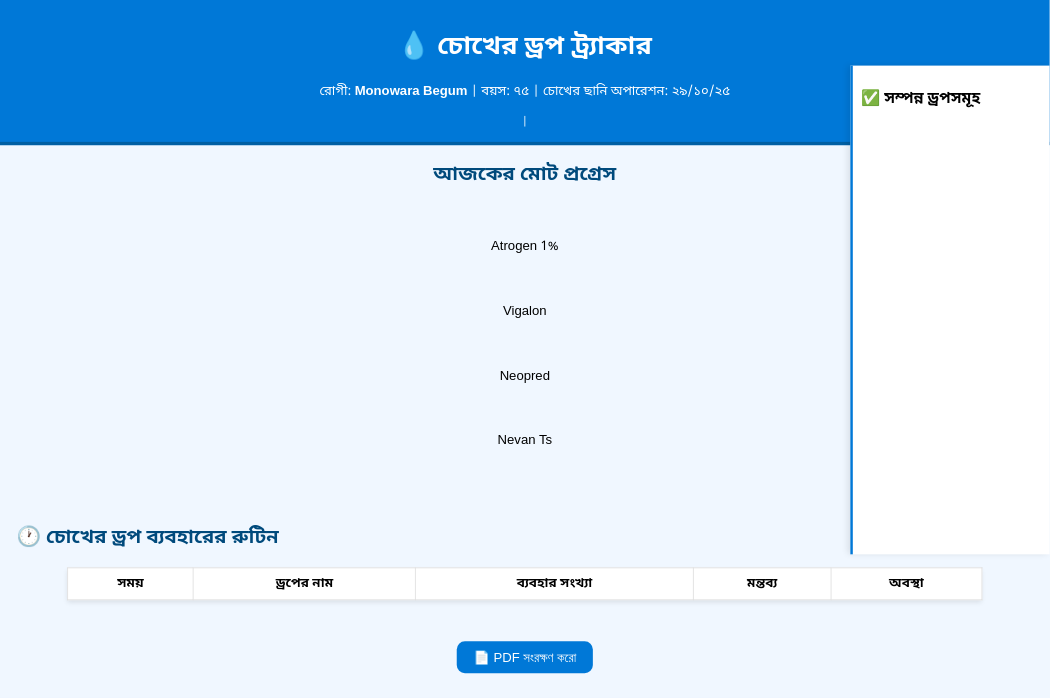
Repository: naimuddin1190/EyeDrop-Tracker
Page: index.html
These files come from the project's save history. The page is drawn as it stood at one moment and after a run of saves; the edit follows.
The browser window is 1280 px wide. The pictures show the whole page, at 82% of full size.

Above is the page before, as saved 2025-10-31 10:14:55.
Console error: TypeError: Cannot read properties of null (reading 'addEventListener')

### index.html
<!DOCTYPE html>
<html lang="bn">
<head>
  <meta charset="UTF-8">
  <meta name="viewport" content="width=device-width, initial-scale=1.0">
  <title>চোখের ড্রপ ট্র্যাকার - Monowara Begum</title>
  <link rel="stylesheet" href="styles.css">
</head>
<body>
  <header>
    <h1>💧 চোখের ড্রপ ট্র্যাকার</h1>
    <p>রোগী: <strong>Monowara Begum</strong> | বয়স: ৭৫ | চোখের ছানি অপারেশন: ২৯/১০/২৫</p>
    <div class="datetime">
      <span id="current-date"></span> |
      <span id="current-time"></span>
    </div>
  </header>

  <section class="progress-section">
    <h2>আজকের মোট প্রগ্রেস</h2>
    <div class="progress-container">
      <div class="progress-bar" id="totalProgress"><span>0%</span></div>
    </div>

    <div class="drop-progress">
      <p>Atrogen 1%</p>
      <div class="progress-bar atrogen" id="atrogenProgress"><span>০ ফোঁটা</span></div>

      <p>Vigalon</p>
      <div class="progress-bar vigalon" id="vigalonProgress"><span>০ ফোঁটা</span></div>

      <p>Neopred</p>
      <div class="progress-bar neopred" id="neopredProgress"><span>০ ফোঁটা</span></div>

      <p>Nevan Ts</p>
      <div class="progress-bar nevan" id="nevanProgress"><span>০ ফোঁটা</span></div>
    </div>
  </section>

  <section class="table-section">
    <h2>🕐 চোখের ড্রপ ব্যবহারের রুটিন</h2>
    <table id="dropTable">
      <thead>
        <tr>
          <th>সময়</th>
          <th>ড্রপের নাম</th>
          <th>ব্যবহার সংখ্যা</th>
          <th>মন্তব্য</th>
          <th>অবস্থা</th>
        </tr>
      </thead>
      <tbody></tbody>
    </table>
  </section>

  <aside id="sidebar">
    <h3>✅ সম্পন্ন ড্রপসমূহ</h3>
    <ul id="completedList"></ul>
  </aside>

  <button id="downloadPDF">📄 PDF সংরক্ষণ করো</button>

  <script src="script.js"></script>
</body>
</html>

### styles.css
body {
  font-family: 'Noto Sans Bengali', sans-serif;
  background: #f0f7ff;
  margin: 0;
  padding: 0;
}

header {
  background: #0078d7;
  color: white;
  text-align: center;
  padding: 15px 10px;
  border-bottom: 4px solid #005fa3;
}

.datetime {
  margin-top: 8px;
  font-size: 14px;
}

h2 {
  color: #004a7c;
}

.progress-section {
  text-align: center;
  margin-top: 20px;
}

.progress-container, .drop-progress {
  width: 80%;
  margin: 10px auto;
}

.progress-bar {
  position: relative;
  background: #e0e0e0;
  border-radius: 20px;
  height: 25px;
  margin-bottom: 10px;
  overflow: hidden;
}

.progress-bar span {
  position: absolute;
  width: 100%;
  text-align: center;
  top: 0;
  line-height: 25px;
  color: white;
  font-weight: bold;
}

#totalProgress { background: linear-gradient(90deg, #ff7e5f, #feb47b); width: 0%; }

.atrogen { background: linear-gradient(90deg, #009688, #4db6ac); width: 0%; }
.vigalon { background: linear-gradient(90deg, #f57c00, #ffb74d); width: 0%; }
.neopred { background: linear-gradient(90deg, #6a1b9a, #ba68c8); width: 0%; }
.nevan { background: linear-gradient(90deg, #1976d2, #64b5f6); width: 0%; }

.table-section {
  padding: 20px;
}

table {
  width: 90%;
  margin: 0 auto;
  border-collapse: collapse;
  background: white;
  box-shadow: 0px 3px 6px rgba(0,0,0,0.1);
}

th, td {
  border: 1px solid #ddd;
  padding: 8px;
  text-align: center;
}

tr:nth-child(even) { background-color: #f9f9f9; }

#sidebar {
  position: fixed;
  right: 0;
  top: 80px;
  background: #ffffff;
  width: 220px;
  height: 80%;
  border-left: 3px solid #0078d7;
  padding: 10px;
  overflow-y: auto;
  box-shadow: -3px 0px 8px rgba(0,0,0,0.1);
}

#downloadPDF {
  display: block;
  margin: 30px auto;
  background: #0078d7;
  color: white;
  border: none;
  padding: 10px 20px;
  border-radius: 10px;
  cursor: pointer;
  font-size: 16px;
}

#downloadPDF:hover {
  background: #005fa3;
}

### script.js
const drops = [
  { name: "Atrogen 1%", times: ["8:00", "14:00", "20:00"] },
  { name: "Vigalon", times: ["8:30", "11:30", "14:30", "17:30", "20:30", "22:00"] },
  { name: "Neopred", times: ["8:00", "9:00", "10:00", "11:00", "12:00", "13:00", "14:00", "15:00", "16:00", "17:00"] },
  { name: "Nevan Ts", times: ["9:00", "15:00", "21:00"] }
];

const table = document.getElementById("schedule");
const resetBtn = document.getElementById("reset");

function loadSchedule() {
  const saved = JSON.parse(localStorage.getItem("eyeDrops")) || {};
  table.innerHTML = "<tr><th>ড্রপের নাম</th><th>সময়</th><th>অবস্থা</th></tr>";

  drops.forEach(drop => {
    drop.times.forEach(time => {
      const key = `${drop.name}-${time}`;
      const done = saved[key];
      const row = document.createElement("tr");
      row.innerHTML = `
        <td>${drop.name}</td>
        <td>${time}</td>
        <td>
          <button class="mark-btn" data-key="${key}">
            ${done ? "✅ নেওয়া হয়েছে" : "⬜ নেওয়া বাকি"}
          </button>
        </td>`;
      table.appendChild(row);
    });
  });

  document.querySelectorAll(".mark-btn").forEach(btn => {
    btn.addEventListener("click", () => toggleDrop(btn.dataset.key));
  });
}

function toggleDrop(key) {
  const saved = JSON.parse(localStorage.getItem("eyeDrops")) || {};
  saved[key] = !saved[key];
  localStorage.setItem("eyeDrops", JSON.stringify(saved));
  loadSchedule();
}

resetBtn.addEventListener("click", () => {
  if (confirm("সব রেকর্ড মুছে ফেলতে চাও?")) {
    localStorage.removeItem("eyeDrops");
    loadSchedule();
  }
});

loadSchedule();

### app.js
/* app.js — বাংলা UI + ৪টি ড্রপের প্রগ্রেস বার */
const scheduleData = [
  ["8:00 AM", "Atrogen 1%", "১ম", "১ ফোঁটা", "atrogen"],
  ["8:05 AM", "Vigalon", "১ম", "১ ফোঁটা", "vigalon"],
  ["8:10 AM", "Neopred", "১ম", "১ ফোঁটা", "neopred"],
  ["8:15 AM", "Nevan Ts", "১ম", "১ ফোঁটা", "nevan"],
  ["9:30 AM", "Neopred", "২য়", "১ ফোঁটা", "neopred"],
  ["9:35 AM", "Vigalon", "২য়", "১ ফোঁটা", "vigalon"],
  ["11:00 AM", "Neopred", "৩য়", "১ ফোঁটা", "neopred"],
  ["11:05 AM", "Vigalon", "৩য়", "১ ফোঁটা", "vigalon"],
  ["12:30 PM", "Atrogen 1%", "২য়", "১ ফোঁটা", "atrogen"],
  ["12:35 PM", "Neopred", "৪র্থ", "১ ফোঁটা", "neopred"],
  ["12:40 PM", "Nevan Ts", "২য়", "১ ফোঁটা", "nevan"],
  ["12:45 PM", "Vigalon", "৪র্থ", "১ ফোঁটা", "vigalon"],
  ["2:30 PM", "Neopred", "৫ম", "১ ফোঁটা", "neopred"],
  ["2:35 PM", "Vigalon", "৫ম", "১ ফোঁটা", "vigalon"],
  ["4:30 PM", "Neopred", "৬ষ্ঠ", "১ ফোঁটা", "neopred"],
  ["4:35 PM", "Vigalon", "৬ষ্ঠ (শেষ)", "১ ফোঁটা", "vigalon"],
  ["6:00 PM", "Atrogen 1%", "৩য় (শেষ)", "১ ফোঁটা", "atrogen"],
  ["6:05 PM", "Neopred", "৭ম", "১ ফোঁটা", "neopred"],
  ["6:10 PM", "Nevan Ts", "৩য় (শেষ)", "১ ফোঁটা", "nevan"],
  ["7:30 PM", "Neopred", "৮ম", "১ ফোঁটা", "neopred"],
  ["8:30 PM", "Neopred", "৯ম", "১ ফোঁটা", "neopred"],
  ["9:30 PM", "Neopred", "১০ম (শেষ)", "১ ফোঁটা", "neopred"]
];

const scheduleBody=document.getElementById('scheduleBody');
const completedList=document.getElementById('completedList');
const progressBar=document.getElementById('progressBar');
const progressText=document.getElementById('progressText');
const liveTime=document.getElementById('liveTime');
const viewDate=document.getElementById('viewDate');
const todayBtn=document.getElementById('todayBtn');
const exportPdf=document.getElementById('exportPdf');
const exportPdfManual=document.getElementById('exportPdfManual');
const clearAll=document.getElementById('clearAll');
const pdfContainer=document.getElementById('pdfContainer');

// নতুন ৪ প্রগ্রেস বারের রেফারেন্স
const progBars={
  atrogen:document.getElementById('prog-atrogen'),
  vigalon:document.getElementById('prog-vigalon'),
  neopred:document.getElementById('prog-neopred'),
  nevan:document.getElementById('prog-nevan')
};

const TOTAL=scheduleData.length;
function isoToday(d=new Date()){return new Date(d.getTime()-d.getTimezoneOffset()*60000).toISOString().slice(0,10);}
viewDate.value=isoToday();

// সময় দেখানো
function updateClock(){
  const n=new Date();
  liveTime.textContent=n.toLocaleDateString('bn-BD',{month:'short',day:'numeric'})+' • '+n.toLocaleTimeString([], {hour:'2-digit',minute:'2-digit',second:'2-digit'});
}
setInterval(updateClock,1000);updateClock();

// Storage
function keyFor(d){return 'eyedrop_'+d;}
function loadDay(d){
  const raw=localStorage.getItem(keyFor(d));
  if(!raw){
    const obj=scheduleData.map((r,i)=>({idx:i,time:r[0],med:r[1],count:r[2],note:r[3],tag:r[4],taken:false}));
    localStorage.setItem(keyFor(d),JSON.stringify(obj));return obj;
  }
  return JSON.parse(raw);
}
function saveDay(d,arr){localStorage.setItem(keyFor(d),JSON.stringify(arr));}

// Render
function render(){
  const dateStr=viewDate.value;
  const day=loadDay(dateStr);
  scheduleBody.innerHTML='';completedList.innerHTML='';
  day.forEach(it=>{
    const tr=document.createElement('tr');
    const medBadge=`<span class="med-badge med-${it.tag}">${it.med.split(' ')[0]}</span>`;
    tr.innerHTML=`<td>${it.time}</td><td>${medBadge}</td><td>${it.count}</td><td>${it.note}</td>
      <td><button class="mark-btn ${it.taken?'done':''}" data-idx="${it.idx}">${it.taken?'✅ সম্পন্ন':'⬜ অপেক্ষমাণ'}</button></td>`;
    scheduleBody.appendChild(tr);
    if(it.taken){
      const li=document.createElement('li');
      li.textContent=`${it.time} — ${it.med} (${it.count})`;
      completedList.appendChild(li);
    }
  });
  document.querySelectorAll('.mark-btn').forEach(btn=>{
    btn.onclick=()=>{toggleTaken(dateStr,parseInt(btn.dataset.idx));};
  });
  updateProgressUI(day);
}

// Toggle
function toggleTaken(d,idx){
  const day=loadDay(d);
  const item=day.find(i=>i.idx===idx);
  item.taken=!item.taken;
  saveDay(d,day);
  render();
}

// Progress Update
function updateProgressUI(day){
  const done=day.filter(d=>d.taken).length;
  const percent=Math.round((done/TOTAL)*100);
  progressBar.style.width=percent+'%';
  progressText.textContent=`আজকের অগ্রগতি: ${percent}%`;

  // আলাদা ৪ প্রগ্রেস বারের জন্য
  const tags=['atrogen','vigalon','neopred','nevan'];
  tags.forEach(tag=>{
    const total=day.filter(d=>d.tag===tag).length;
    const done=day.filter(d=>d.tag===tag && d.taken).length;
    const p=Math.round((done/total)*100);
    progBars[tag].style.width=p+'%';
  });
}

// Buttons
todayBtn.onclick=()=>{viewDate.value=isoToday();render();};
viewDate.onchange=()=>render();
clearAll.onclick=()=>{if(confirm("সব ডাটা মুছে ফেলতে চাও?")){Object.keys(localStorage).forEach(k=>{if(k.startsWith('eyedrop_'))localStorage.removeItem(k)});render();}}
render();

After the next 2 saves:
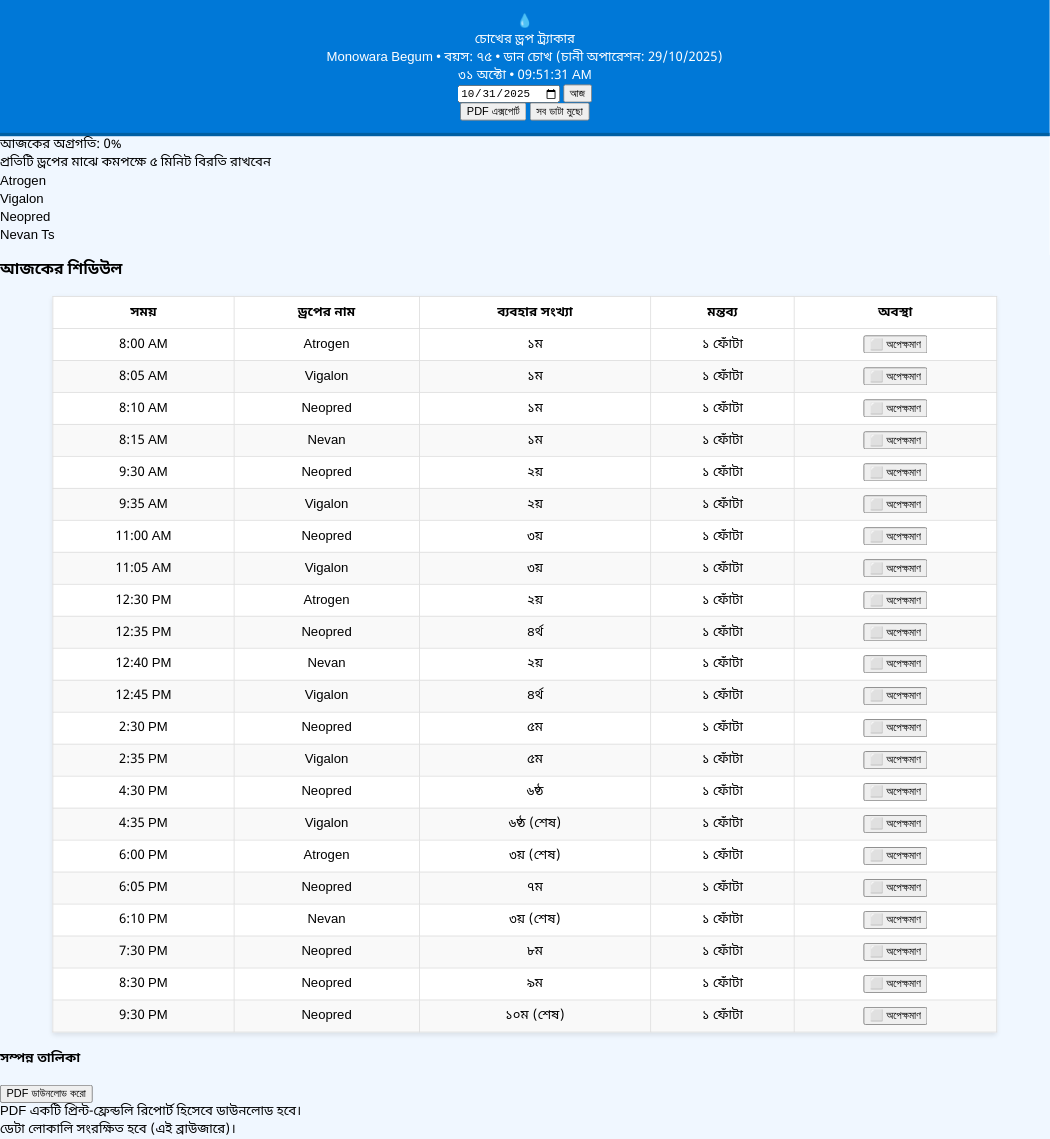
The error is gone.
The 2 saves are shown as one change because they came seconds apart.
The last was saved 20 s later.
--- a/index.html
+++ b/index.html
@@ -1,65 +1,109 @@
-<!DOCTYPE html>
+<!doctype html>
 <html lang="bn">
 <head>
-  <meta charset="UTF-8">
-  <meta name="viewport" content="width=device-width, initial-scale=1.0">
-  <title>চোখের ড্রপ ট্র্যাকার - Monowara Begum</title>
+  <meta charset="utf-8" />
+  <meta name="viewport" content="width=device-width,initial-scale=1" />
+  <title>চোখের ড্রপ ট্র্যাকার — Monowara Begum</title>
+
+  <!-- Fonts -->
+  <link href="https://fonts.googleapis.com/css2?family=Inter:wght@400;600;700&family=Noto+Sans+Bengali:wght@400;600&display=swap" rel="stylesheet">
+
+  <!-- Styles -->
   <link rel="stylesheet" href="styles.css">
+
+  <!-- html2pdf -->
+  <script src="https://unpkg.com/html2pdf.js@0.9.3/dist/html2pdf.bundle.min.js"></script>
 </head>
 <body>
-  <header>
-    <h1>💧 চোখের ড্রপ ট্র্যাকার</h1>
-    <p>রোগী: <strong>Monowara Begum</strong> | বয়স: ৭৫ | চোখের ছানি অপারেশন: ২৯/১০/২৫</p>
-    <div class="datetime">
-      <span id="current-date"></span> |
-      <span id="current-time"></span>
-    </div>
-  </header>
+  <div class="app">
+    <header class="topbar">
+      <div class="brand">
+        <div class="logo">💧</div>
+        <div>
+          <div class="title">চোখের ড্রপ ট্র্যাকার</div>
+          <div class="subtitle">Monowara Begum • বয়স: ৭৫ • ডান চোখ (চানী অপারেশন: 29/10/2025)</div>
+        </div>
+      </div>
 
-  <section class="progress-section">
-    <h2>আজকের মোট প্রগ্রেস</h2>
-    <div class="progress-container">
-      <div class="progress-bar" id="totalProgress"><span>0%</span></div>
-    </div>
+      <div class="top-center">
+        <div class="live-time" id="liveTime">—:—</div>
+        <div class="date-controls">
+          <input type="date" id="viewDate">
+          <button id="todayBtn" class="btn ghost">আজ</button>
+        </div>
+      </div>
 
-    <div class="drop-progress">
-      <p>Atrogen 1%</p>
-      <div class="progress-bar atrogen" id="atrogenProgress"><span>০ ফোঁটা</span></div>
+      <div class="top-right">
+        <button id="exportPdf" class="btn">PDF এক্সপোর্ট</button>
+        <button id="clearAll" class="btn danger">সব ডাটা মুছো</button>
+      </div>
+    </header>
 
-      <p>Vigalon</p>
-      <div class="progress-bar vigalon" id="vigalonProgress"><span>০ ফোঁটা</span></div>
+    <!-- Overall progress -->
+    <section class="progress-wrap">
+      <div class="progress-info">
+        <div id="progressText">আজকের অগ্রগতি: 0%</div>
+        <div class="small-note">প্রতিটি ড্রপের মাঝে কমপক্ষে ৫ মিনিট বিরতি রাখবেন</div>
+      </div>
+      <div class="progress-bar-bg">
+        <div id="progressBar" class="progress-bar-fill"></div>
+      </div>
+    </section>
 
-      <p>Neopred</p>
-      <div class="progress-bar neopred" id="neopredProgress"><span>০ ফোঁটা</span></div>
+    <!-- 4 individual medicine progress -->
+    <section class="progress-multi">
+      <div class="med-progress">
+        <span class="med-badge med-atrogen">Atrogen</span>
+        <div class="progress-bar-bg small"><div id="prog-atrogen" class="progress-bar-fill"></div></div>
+      </div>
+      <div class="med-progress">
+        <span class="med-badge med-vigalon">Vigalon</span>
+        <div class="progress-bar-bg small"><div id="prog-vigalon" class="progress-bar-fill"></div></div>
+      </div>
+      <div class="med-progress">
+        <span class="med-badge med-neopred">Neopred</span>
+        <div class="progress-bar-bg small"><div id="prog-neopred" class="progress-bar-fill"></div></div>
+      </div>
+      <div class="med-progress">
+        <span class="med-badge med-nevan">Nevan Ts</span>
+        <div class="progress-bar-bg small"><div id="prog-nevan" class="progress-bar-fill"></div></div>
+      </div>
+    </section>
 
-      <p>Nevan Ts</p>
-      <div class="progress-bar nevan" id="nevanProgress"><span>০ ফোঁটা</span></div>
-    </div>
-  </section>
+    <!-- Main area -->
+    <main class="content">
+      <section class="card schedule-card">
+        <h3>আজকের শিডিউল</h3>
+        <div class="table-wrap">
+          <table id="scheduleTable" class="schedule-table">
+            <thead>
+              <tr>
+                <th>সময়</th>
+                <th>ড্রপের নাম</th>
+                <th>ব্যবহার সংখ্যা</th>
+                <th>মন্তব্য</th>
+                <th>অবস্থা</th>
+              </tr>
+            </thead>
+            <tbody id="scheduleBody"></tbody>
+          </table>
+        </div>
+      </section>
 
-  <section class="table-section">
-    <h2>🕐 চোখের ড্রপ ব্যবহারের রুটিন</h2>
-    <table id="dropTable">
-      <thead>
-        <tr>
-          <th>সময়</th>
-          <th>ড্রপের নাম</th>
-          <th>ব্যবহার সংখ্যা</th>
-          <th>মন্তব্য</th>
-          <th>অবস্থা</th>
-        </tr>
-      </thead>
-      <tbody></tbody>
-    </table>
-  </section>
+      <aside class="card side-card">
+        <h4>সম্পন্ন তালিকা</h4>
+        <ul id="completedList" class="completed-list"></ul>
+        <div class="side-actions">
+          <button id="exportPdfManual" class="btn ghost">PDF ডাউনলোড করো</button>
+          <div class="small-note">PDF একটি প্রিন্ট-ফ্রেন্ডলি রিপোর্ট হিসেবে ডাউনলোড হবে।</div>
+        </div>
+      </aside>
+    </main>
 
-  <aside id="sidebar">
-    <h3>✅ সম্পন্ন ড্রপসমূহ</h3>
-    <ul id="completedList"></ul>
-  </aside>
+    <div id="pdfContainer" style="display:none;"></div>
+    <footer class="footer">ডেটা লোকালি সংরক্ষিত হবে (এই ব্রাউজারে)।</footer>
+  </div>
 
-  <button id="downloadPDF">📄 PDF সংরক্ষণ করো</button>
-
-  <script src="script.js"></script>
+  <script src="app.js"></script>
 </body>
 </html>
